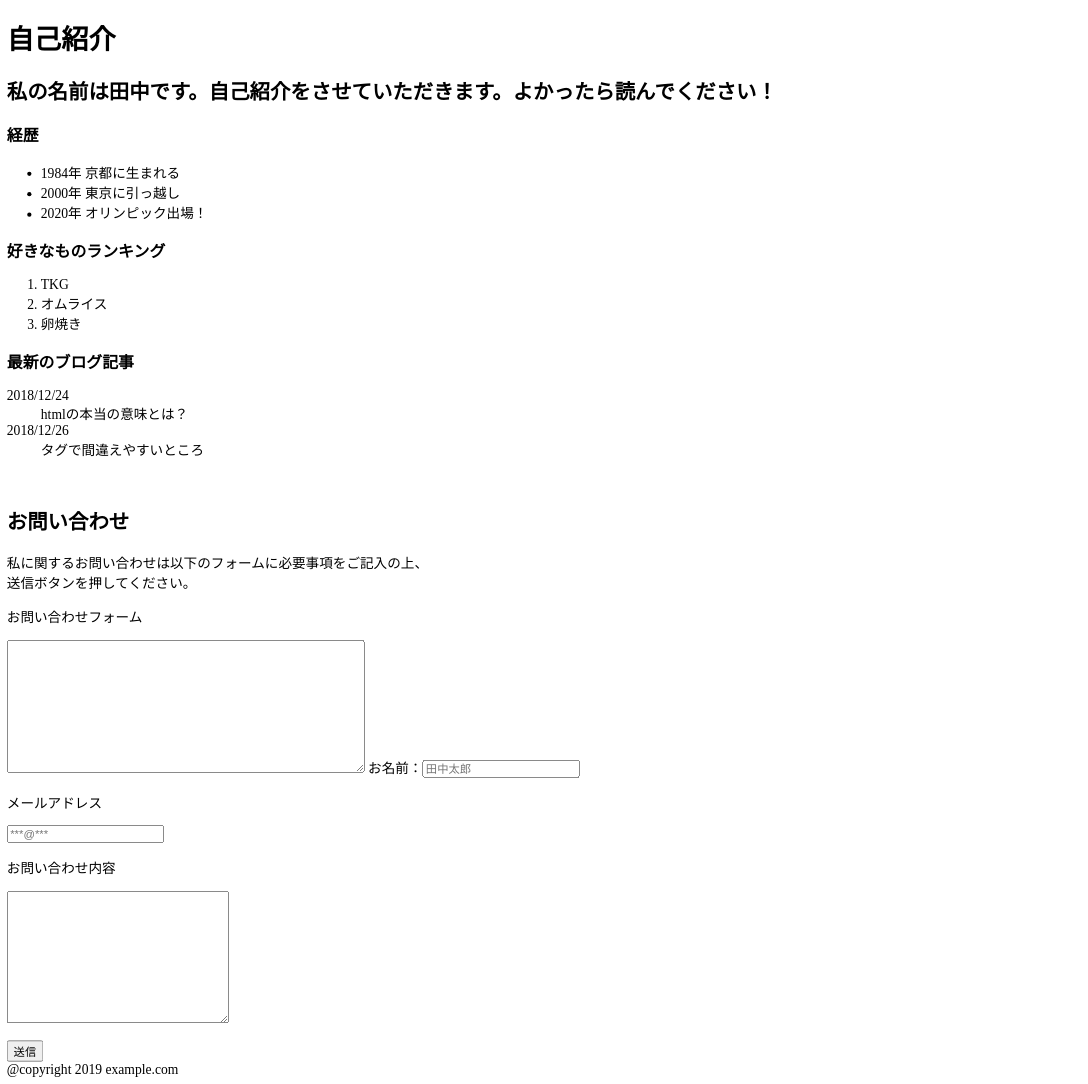
Repository: wairoku/suretigai1
Page: jack.html
These files come from the project's save history. The page is drawn as it stood at one moment and after the next save; the edit follows.
The browser window is 1280 px wide. The pictures show the whole page, at 85% of full size.

Above is the page before, as saved 2019-01-02 20:36:29.

### jack.html
<!DOCTYPE html>

    <head>
      <meta charset='utf-8'>
    </head>
<body>

<h1>自己紹介</h1>
<h2>私の名前は田中です。自己紹介をさせていただきます。よかったら読んでください！</h2>


    <h3>経歴</h3>
<div>
    <ul>
        <li>1984年 京都に生まれる</li>
        <li>2000年 東京に引っ越し</li>
        <li>2020年 オリンピック出場！</li>
   </ul>
</div>

    <h3>好きなものランキング</h3>
<div>
    <ol>
        <li>TKG</li>
        <li>オムライス</li>
        <li>卵焼き</li>
    </ol>
</div>

    <h3>最新のブログ記事</h3>
<dl>
    <dt>2018/12/24<dt>
        <dd>htmlの本当の意味とは？</dd>
    <dt>2018/12/26<dt>
        <dd>タグで間違えやすいところ</dd>
</dl>


<br>

 <h2>お問い合わせ</h2>
私に関するお問い合わせは以下のフォームに必要事項をご記入の上、<br>
送信ボタンを押してください。

<p>お問い合わせフォーム</p>
<textarea name="" id="" cols="50" rows="10"></textarea>

お名前：<input type="text" placeholder="田中太郎">


<p>メールアドレス</p>
<input type="text" placeholder="***@***">


<p>お問い合わせ内容</p>
<textarea name="" id="" cols="30" rows="10"></textarea></p>
<input type="button" value="送信">


<footer>@copyright 2019 example.com</footer>


</body>

After the next save:
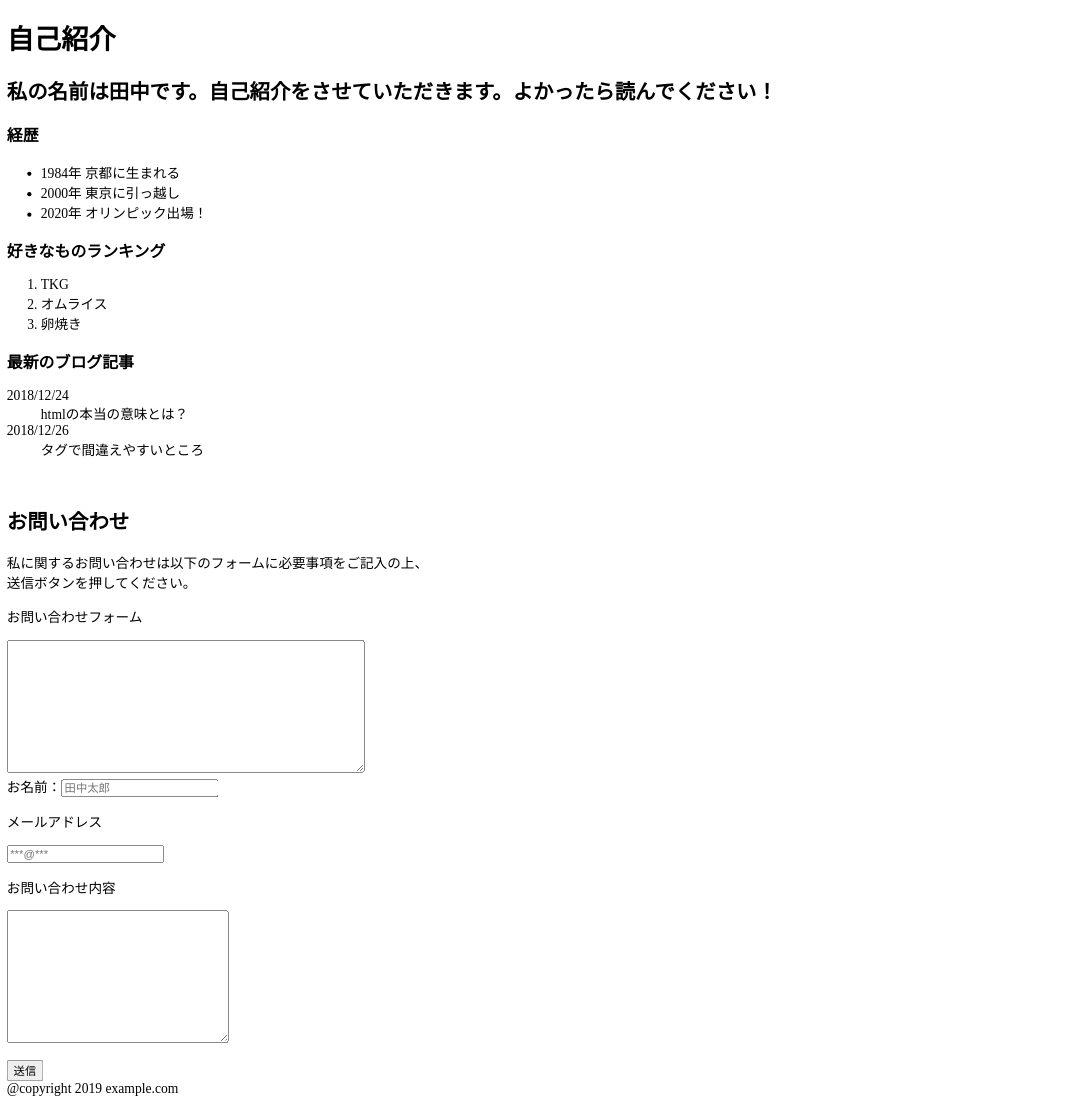
Saved 2 min 17 s later.
--- a/jack.html
+++ b/jack.html
@@ -41,11 +41,13 @@
  <h2>お問い合わせ</h2>
 私に関するお問い合わせは以下のフォームに必要事項をご記入の上、<br>
 送信ボタンを押してください。
-
+<form action="">
 <p>お問い合わせフォーム</p>
 <textarea name="" id="" cols="50" rows="10"></textarea>
 
-お名前：<input type="text" placeholder="田中太郎">
+<div
+>お名前：<input type="text" placeholder="田中太郎">
+</div>
 
 
 <p>メールアドレス</p>
@@ -56,6 +58,8 @@
 <textarea name="" id="" cols="30" rows="10"></textarea></p>
 <input type="button" value="送信">
 
+</form>
+
 
 <footer>@copyright 2019 example.com</footer>
 
